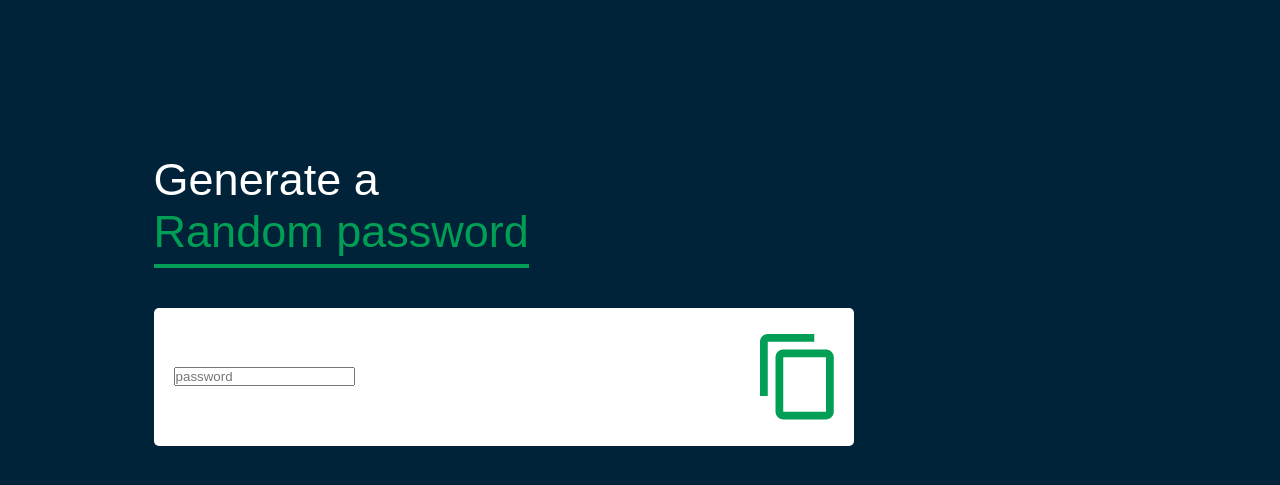
Repository: YAAMAR/password-generator
Page: Random password/index.html
These files come from the project's save history. The page is drawn as it stood at one moment and after a run of saves; the edit follows.
The browser window is 1280 px wide. The pictures show the whole page.

Above is the page before, as saved 2024-05-02 19:07:12.

After the next 6 saves:
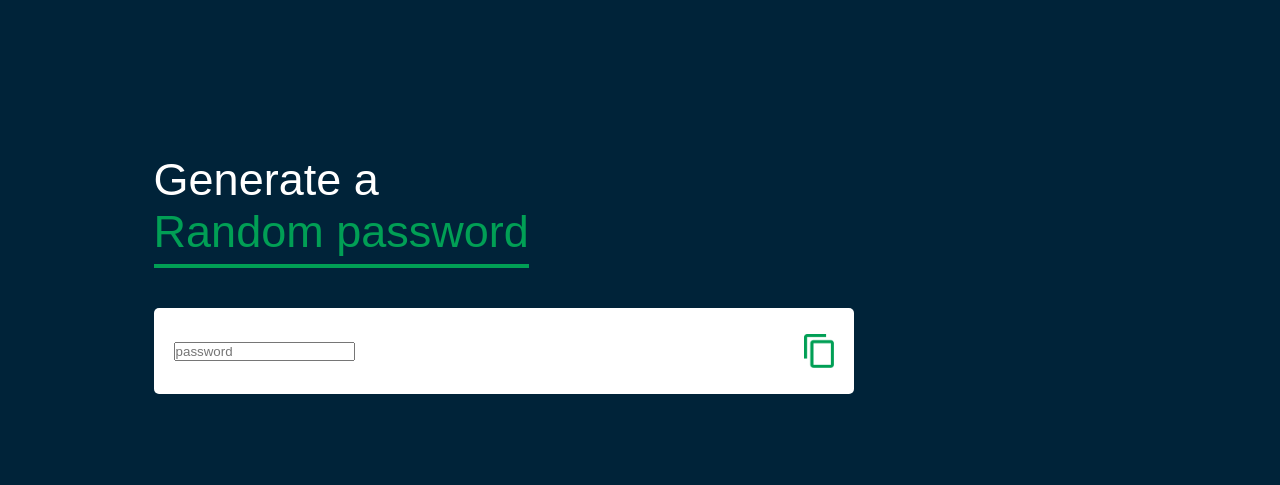
The 6 saves are shown as one change because they came seconds apart.
The last was saved 14 s later.
--- a/Random password/style.css
+++ b/Random password/style.css
@@ -36,5 +36,6 @@ border-radius: 5px;
 
 }
 .display img{
-    width: ;
+    width: 30px;
+    cursor: pointer;
 }
